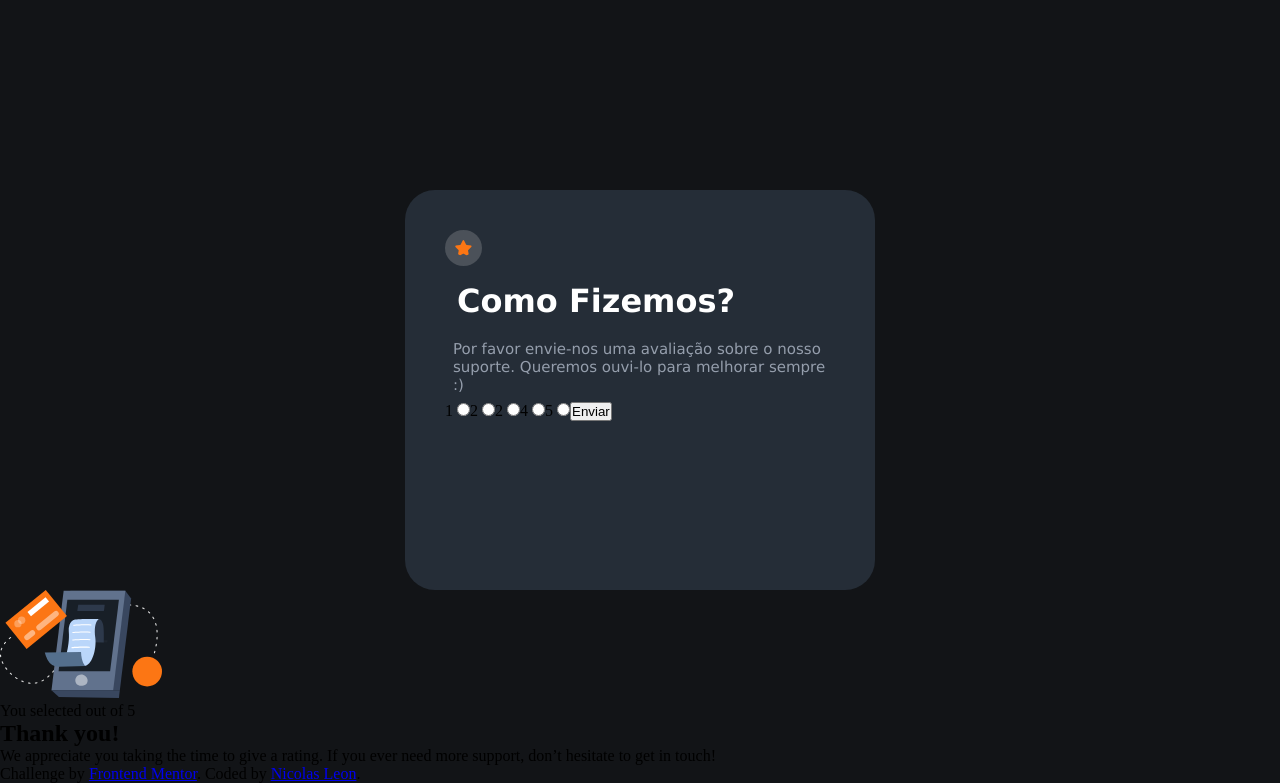
Repository: Leonngc/projeto-avaliacao
Page: index.html
These files come from the project's save history. The page is drawn as it stood at one moment and after a run of saves; the edit follows.
The browser window is 1280 px wide. The pictures show the whole page.

Above is the page before, as saved 2023-01-29 20:08:00.
Console error: SyntaxError: Unexpected token ')'

After the next 5 saves:
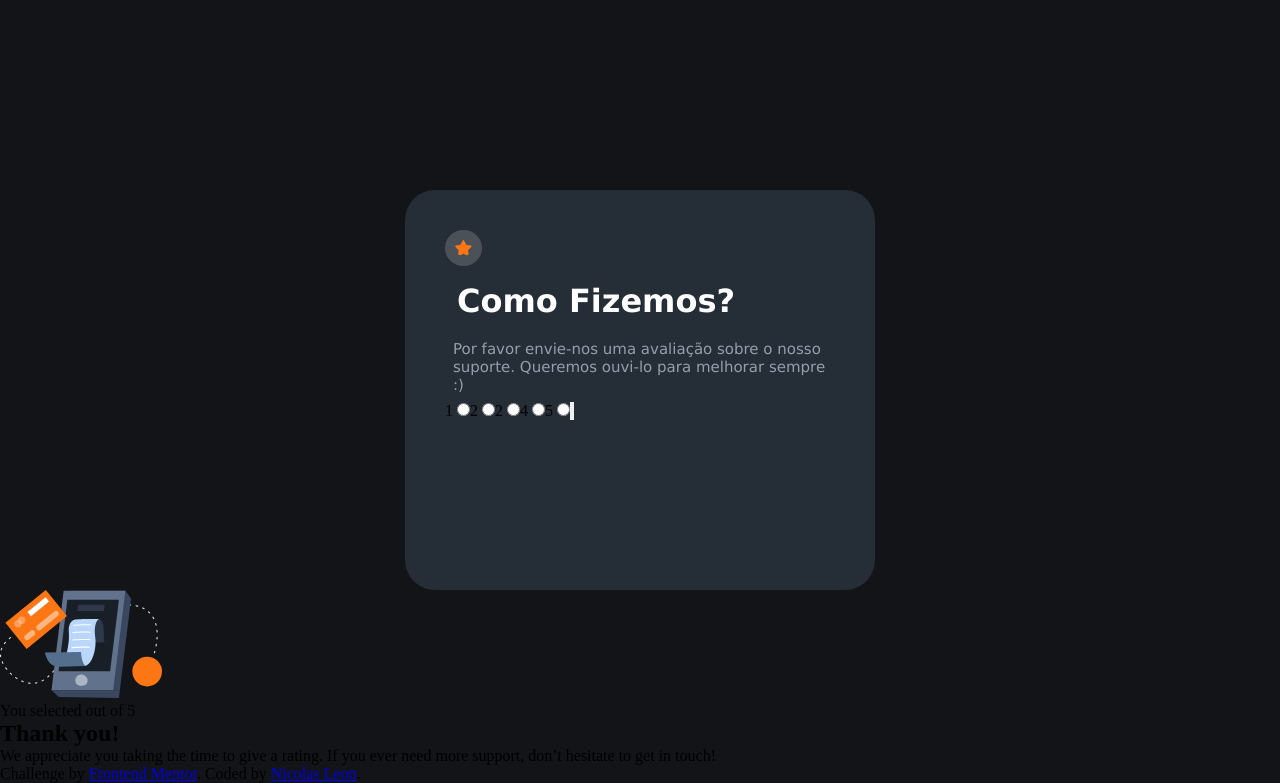
The 5 saves are shown as one change because they came seconds apart.
The last was saved 116 s later.
--- a/index.html
+++ b/index.html
@@ -40,7 +40,7 @@
         <label for="ratting-five">5</label> <input type="radio" class="ratting-btn" id="ratting-five" name="ratting">
       </div>
 
-      <input type="submit" value="Enviar" onclick="sent()" id="sent">
+      <button type="submit"></button>
   </div>
   </form>
 

After the save that followed:
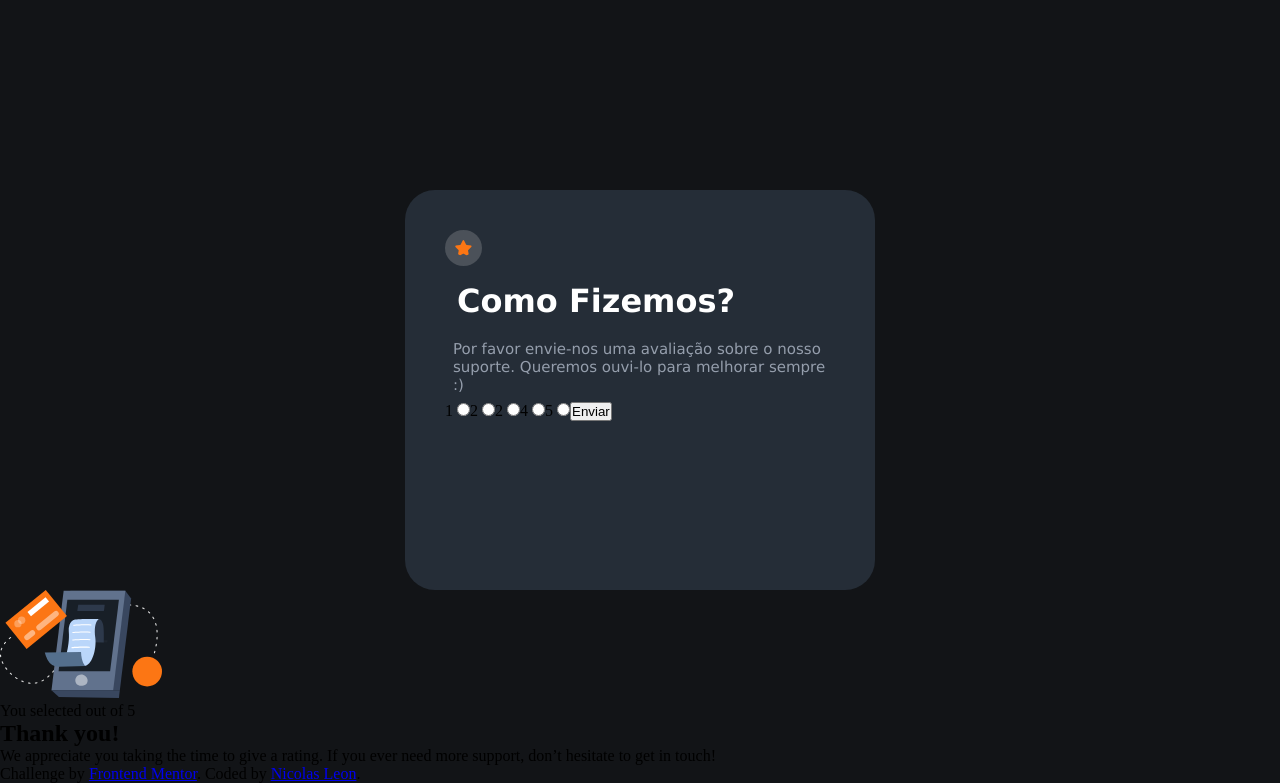
Saved 6 s later.
--- a/index.html
+++ b/index.html
@@ -40,7 +40,7 @@
         <label for="ratting-five">5</label> <input type="radio" class="ratting-btn" id="ratting-five" name="ratting">
       </div>
 
-      <button type="submit"></button>
+      <button type="submit">Enviar</button>
   </div>
   </form>
 
